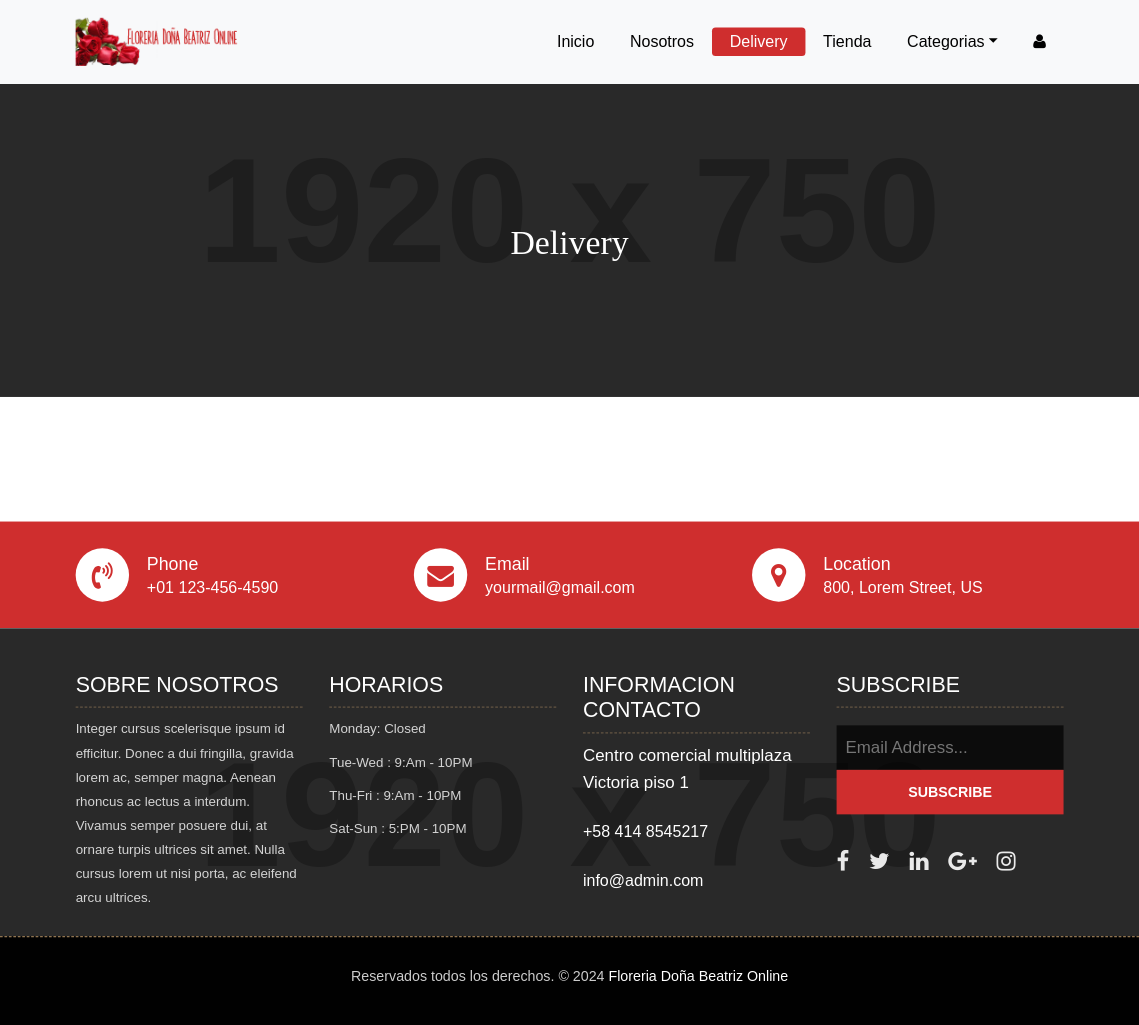
Repository: celivicky/flowershop
Page: http://localhost/frontend/delivery.php
These files come from the project's save history. The page is drawn as it stood at one moment and after the next save; the edit follows.
The browser window is 1280 px wide. The pictures show the whole page, at 89% of full size.
Backgrounds fixed to the window are drawn as part of the page. Some web fonts or font styles are not loaded; a fallback is used. The page is run by PHP 8.4 with error messages shown; the project is at /var/www/html/. The database holds what the project's SQL file puts in it. Queries for data that is not in the repository find no rows.

Above is the page before, as saved 2024-06-05 03:29:50.
Console error: TypeError: $(...).pickadate is not a function

### frontend/delivery.php
<?php
session_start();
    if (isset($_SESSION['id'])){
        header('Location: administrador/escritorio.php');
    }
include_once '../backend/php/ctlogx.php'
 ?>
<!DOCTYPE html>
<html lang="es"><!-- Basic -->
<head>
	<meta charset="utf-8">
    <meta http-equiv="X-UA-Compatible" content="IE=edge">

    <!-- Mobile Metas -->
    <meta name="viewport" content="width=device-width, initial-scale=1">

     <!-- Site Metas -->
    <title>Delivery - Floreria Doña Beatriz Online</title>
    <meta name="keywords" content="">
    <meta name="description" content="">
    <meta name="author" content="">

    <!-- Site Icons -->
    <link rel="shortcut icon" href="../backend/images/favicon.png" type="image/x-icon">


    <!-- Bootstrap CSS -->
    <link rel="stylesheet" href="../backend/css/bootstrap.min.css">
	<!-- Site CSS -->
    <link rel="stylesheet" href="../backend/css/style.css">
    <!-- Responsive CSS -->
    <link rel="stylesheet" href="../backend/css/responsive.css">
    <!-- Custom CSS -->
    <link rel="stylesheet" href="../backend/css/custom.css">


</head>

<body>
	<!-- Start header -->
	<header class="top-navbar">
		<nav class="navbar navbar-expand-lg navbar-light bg-light">
			<div class="container">
				<a class="navbar-brand" href="index.php">
					<img src="../backend/images/logo.png" alt="" />
				</a>
				<button class="navbar-toggler" type="button" data-toggle="collapse" data-target="#navbars-rs-food" aria-controls="navbars-rs-food" aria-expanded="false" aria-label="Toggle navigation">
				  <span class="navbar-toggler-icon"></span>
				</button>
				<div class="collapse navbar-collapse" id="navbars-rs-food">
					<ul class="navbar-nav ml-auto">
						<li class="nav-item"><a class="nav-link" href="index.php">Inicio</a></li>
						<li class="nav-item"><a class="nav-link" href="nosotros.php">Nosotros</a></li>
						<li class="nav-item active"><a class="nav-link" href="delivery.php">Delivery</a></li>
						<li class="nav-item"><a class="nav-link" href="tienda.php">Tienda</a></li>
						<li class="nav-item dropdown">
							<a class="nav-link dropdown-toggle" href="#" id="dropdown-a" data-toggle="dropdown">Categorias</a>
							<div class="dropdown-menu" aria-labelledby="dropdown-a">
																<?php
 $sentencia = $connect->prepare("SELECT * FROM categoria order by idcat desc;");
 $sentencia->execute();

$data =  array();
if($sentencia){
  while($r = $sentencia->fetchObject()){
    $data[] = $r;
  }
}
   ?>
   <?php if(count($data)>0):?>
   	<?php foreach($data as $gcc):?>
								<a class="dropdown-item" href="categoria.php?id=<?php echo  $gcc->idcat; ?>"><?php echo  $gcc->nomcat; ?></a>

								   	<?php endforeach; ?>
   	    <?php else:?>
        <!-- Warning Alert -->
    <?php endif; ?>
							</div>
						</li>
						<li class="nav-item">
							<a class="nav-link" data-toggle="modal" href="#new"><i class="fa fa-user" aria-hidden="true"></i>
							</a>
						</li>

					</ul>
				</div>
			</div>
		</nav>
	</header>
	<!-- End header -->

		<div class="all-page-title page-breadcrumb">
		<div class="container text-center">
			<div class="row">
				<div class="col-lg-12">
					<h1>Delivery</h1>
				</div>
			</div>
		</div>
	</div>


	<!-- Start blog -->
	<div class="blog-box">
		<div class="container">
			<div class="row">
				<?php
 $sentencia = $connect->prepare("SELECT * FROM sitios;");
 $sentencia->execute();

$data =  array();
if($sentencia){
  while($r = $sentencia->fetchObject()){
    $data[] = $r;
  }
}
   ?>
   <?php if(count($data)>0):?>
   	<?php foreach($data as $gae):?>
				<div class="col-lg-4 col-md-6 col-12">
					<div class="blog-box-inner">
						<div class="blog-img-box">
							<img class="img-fluid" src="https://images.pexels.com/photos/20491660/pexels-photo-20491660/free-photo-of-rojo-flores-hojas-blanco.jpeg?auto=compress&cs=tinysrgb&w=1260&h=750&dpr=1" alt="">
						</div>
						<div class="blog-detail">
							<h4><?php echo  $gae->nomsi; ?>.</h4>
							<ul>

							</ul>
							<p><?php echo  $gae->detsi; ?>. </p>
							<li><i class="zmdi zmdi-time"></i>Precio : <span>$/<?php echo  $gae->precsiti; ?></span></li>

						</div>
					</div>
				</div>
<?php endforeach; ?>
   	    <?php else:?>
        <!-- Warning Alert -->
    <?php endif; ?>

			</div>
		</div>
	</div>
	<!-- End blog -->


	<!-- Start Contact info -->
	<div class="contact-imfo-box">
		<div class="container">
			<div class="row">
				<div class="col-md-4">
					<i class="fa fa-volume-control-phone"></i>
					<div class="overflow-hidden">
						<h4>Phone</h4>
						<p class="lead">
							+01 123-456-4590
						</p>
					</div>
				</div>
				<div class="col-md-4">
					<i class="fa fa-envelope"></i>
					<div class="overflow-hidden">
						<h4>Email</h4>
						<p class="lead">
							yourmail@gmail.com
						</p>
					</div>
				</div>
				<div class="col-md-4">
					<i class="fa fa-map-marker"></i>
					<div class="overflow-hidden">
						<h4>Location</h4>
						<p class="lead">
							800, Lorem Street, US
						</p>
					</div>
				</div>
			</div>
		</div>
	</div>
	<!-- End Contact info -->

	<!-- Start Footer -->
	<footer class="footer-area bg-f">
		<div class="container">
			<div class="row">
				<div class="col-lg-3 col-md-6">
					<h3>Sobre nosotros</h3>
					<p>Integer cursus scelerisque ipsum id efficitur. Donec a dui fringilla, gravida lorem ac, semper magna. Aenean rhoncus ac lectus a interdum. Vivamus semper posuere dui, at ornare turpis ultrices sit amet. Nulla cursus lorem ut nisi porta, ac eleifend arcu ultrices.</p>
				</div>
				<div class="col-lg-3 col-md-6">
					<h3>Horarios</h3>
					<p><span class="text-color">Monday: </span>Closed</p>
					<p><span class="text-color">Tue-Wed :</span> 9:Am - 10PM</p>
					<p><span class="text-color">Thu-Fri :</span> 9:Am - 10PM</p>
					<p><span class="text-color">Sat-Sun :</span> 5:PM - 10PM</p>
				</div>
				<div class="col-lg-3 col-md-6">
					<h3>Informacion contacto</h3>
					<p class="lead">Centro comercial multiplaza Victoria piso 1</p>
					<p class="lead"><a href="#">+58 414 8545217</a></p>
					<p><a href="#"> info@admin.com</a></p>
				</div>
				<div class="col-lg-3 col-md-6">
					<h3>Subscribe</h3>
					<div class="subscribe_form">
						<form class="subscribe_form">
							<input name="EMAIL" id="subs-email" class="form_input" placeholder="Email Address..." type="email">
							<button type="submit" class="submit">SUBSCRIBE</button>
							<div class="clearfix"></div>
						</form>
					</div>
					<ul class="list-inline f-social">
						<li class="list-inline-item"><a href="#"><i class="fa fa-facebook" aria-hidden="true"></i></a></li>
						<li class="list-inline-item"><a href="#"><i class="fa fa-twitter" aria-hidden="true"></i></a></li>
						<li class="list-inline-item"><a href="#"><i class="fa fa-linkedin" aria-hidden="true"></i></a></li>
						<li class="list-inline-item"><a href="#"><i class="fa fa-google-plus" aria-hidden="true"></i></a></li>
						<li class="list-inline-item"><a href="#"><i class="fa fa-instagram" aria-hidden="true"></i></a></li>
					</ul>
				</div>
			</div>
		</div>

		<div class="copyright">
			<div class="container">
				<div class="row">
					<div class="col-lg-12">
						<p class="company-name">Reservados todos los derechos. &copy; 2024 <a href="#">Floreria Doña Beatriz Online</a> </p>
					</div>
				</div>
			</div>
		</div>

	</footer>
	<!-- End Footer -->
	<?php include('../backend/modal/modauser.php'); ?>
	<a href="#" id="back-to-top" title="Back to top" style="display: none;">&uarr;</a>

	<!-- ALL JS FILES -->
	<script src="../backend/js/jquery-3.2.1.min.js"></script>
	<script src="../backend/js/popper.min.js"></script>
	<script src="../backend/js/bootstrap.min.js"></script>
    <!-- ALL PLUGINS -->
	<script src="../backend/js/jquery.superslides.min.js"></script>
	<script src="../backend/js/images-loded.min.js"></script>
	<script src="../backend/js/isotope.min.js"></script>
	<script src="../backend/js/baguetteBox.min.js"></script>
	<script src="../backend/js/form-validator.min.js"></script>
    <script src="../backend/js/contact-form-script.js"></script>
    <script src="../backend/js/custom.js"></script>
</body>
</html>

### backend/php/ctlogx.php
<?php
//session_start();
require '../backend/bd/ctconex.php';

if (isset($_POST['ctxlog'])) {
    $errMsg = '';

    // Get data from FORM
    $correo = $_POST['correo'];
    $clave = MD5($_POST['clave']);

    if (empty($correo)) {
        $errMsg = 'Digite su correo';
    } elseif (empty($_POST['clave'])) {
        $errMsg = 'Digite su contraseña';
    }

    if (empty($errMsg)) {
        try {
            $stmt = $connect->prepare('SELECT id, usuario, nombre, correo, clave, rol, estado FROM usuarios WHERE correo = :correo UNION
                                       SELECT idclie, apeclie,nomclie, correo,clave, rol, estado FROM clientes WHERE correo = :correo');
            $stmt->bindParam(':correo', $correo, PDO::PARAM_STR);
            $stmt->execute();
            $data = $stmt->fetch(PDO::FETCH_ASSOC);

            if ($data === false) {
                $errMsg = "El nombre de correo: $correo no se encuentra, puede solicitarlo con el administrador.";
            } else {
                if ($clave == $data['clave']) {
                    $_SESSION['id'] = $data['id'];
                    $_SESSION['usuario'] = $data['usuario'];
                    $_SESSION['nombre'] = $data['nombre'];
                    $_SESSION['correo'] = $data['correo'];
                    $_SESSION['clave'] = $data['clave'];
                    $_SESSION['rol'] = $data['rol'];
                    $_SESSION['estado'] = $data['estado'];

                    if ($_SESSION['rol'] == 1) {
                        echo "<script language='JavaScript'>";
                        echo "location = 'administrador/escritorio.php'";
                        echo "</script>";
                    }elseif($_SESSION['rol'] == 2){
           echo "<script language='JavaScript'>";
            echo "location = 'administrador_cliente/index.php'";
            echo "</script>";
        }

                    exit;
                } else {
                    $errMsg = 'El correo o la contraseña son incorrectos.';
                }
            }
        } catch (PDOException $e) {
            // Log the error to a file
            error_log($e->getMessage(), 3, "error.log");
            $errMsg = 'Ocurrió un error. Por favor, inténtelo de nuevo.';
        }
    }
}
?>

### backend/bd/ctconex.php
<?php
if(!isset($_SESSION))
    {
        session_start();
    }

// Define database
//define('dbhost', 'localhost');
//define('dbuser', 'root');
//define('dbpass', '');
//define('dbname', 'sistema_escolar');

define('dbhost', 'localhost');
define('dbuser', 'root');
define('dbpass', '');
define('dbname', 'flower_shop');

// Connecting database
try {
    $connect = new PDO("mysql:host=".dbhost."; dbname=".dbname, dbuser, dbpass);
    $connect->query("set names utf8;");
    // $connect->setAttribute(PDO::ATTR_EMULATE_PREPARES, FALSE);
    //$connect->setAttribute( PDO::ATTR_EMULATE_PREPARES, true );
    $connect->setAttribute(PDO::ATTR_ERRMODE, PDO::ERRMODE_EXCEPTION);
    $connect->setAttribute(PDO::ATTR_DEFAULT_FETCH_MODE, PDO::FETCH_OBJ);
}
catch(PDOException $e) {
    echo $e->getMessage();
}
//---------------


?>

### backend/modal/modauser.php
<!-- NUEVO -->
<div class="modal fade" id="new" tabindex="-1" role="dialog" aria-labelledby="myModalLabel" aria-hidden="true">
    <div class="modal-dialog ">
        <div class="modal-content">
            <div class="modal-header">
                 <label class="control-label" style="text-align: center;"><strong><center>Iniciar Sesión</center></strong></label>
                <button type="button" class="close" data-dismiss="modal" aria-hidden="true">&times;</button>


            </div>


            <div class="modal-body">
                <div class="container-fluid">
<?php
                            if (isset($errMsg)) {
                                echo '
    <div style="color:#FF0000;text-align:center;font-size:20px; font-weight:bold;">'.$errMsg.'</div>
    ';  ;
                            }

                        ?>
                    <form autocomplete="off" method="post"  role="form">
                        <div class="row">
    <div class="col-md-6 col-lg-6">
        <div class="form-group">
            <label for="email2">Correo electrónico</label>
            <input type="email" required  class="form-control" value="<?php if(isset($_POST['correo'])) echo $_POST['correo'] ?>" id="correo" name="correo" placeholder="ejmp: perfil01@gmail.com">
            <small id="emailHelp2" class="form-text text-muted"></small>
            <span id="error-name" class="badge badge-danger"></span>
        </div>
    </div>

        <div class="col-md-6 col-lg-6">
        <div class="form-group">
            <label for="email2">Contraseña</label>
            <input type="password" required  class="form-control"  value="<?php if(isset($_POST['clave'])) echo MD5($_POST['clave']) ?>" id="clave" name="clave" placeholder="ejmp: ********">
            <small id="emailHelp2" class="form-text text-muted"></small>
            <span id="error-name" class="badge badge-danger"></span>
        </div>
    </div>


                        </div>

                        <div class="modal-footer">
                <button  name='ctxlog' type="submit" class="btn btn-danger" >INGRESAR</button>

                 <button type="button" class="btn btn-dark" data-dismiss="modal" >No, cancelar</button>


            </div>
                    </form>
                    <p>¿No tiene una cuenta?
                            <a href="registro.php" style="color:red">Cree una aqui</a>
                    </p>



                </div>



        </div>



        </div>
    </div>
</div>

### backend/css/responsive.css
/* only small desktops */
/* tablets */
/* only small tablets */
@media only screen and (min-width: 992px) and (max-width: 1180px) {
	.footer-area h3{
		font-size: 18px;
	}
}
@media (min-width: 768px) and (max-width: 991px) {
	.navbar-light .navbar-brand{
		margin-left: 15px;
	}
	.navbar-light .navbar-toggler{
		margin-right: 15px;
		border-radius: 0px;
	}
	.navbar-expand-lg .navbar-nav .dropdown-menu{
		box-shadow: none;
	}
	.carousel-control-prev{
		left: -60px;
	}
	.carousel-control-next{
		right: -60px;
	}
	.why-text h4{
		font-size: 18px;
	}
	.why-text p{
		margin: 0px;
	}
}

/* mobile or only mobile */
@media (max-width: 767px) {
	.navbar-light .navbar-brand{
		margin-left: 15px;
	}
	.navbar-light .navbar-toggler{
		margin-right: 15px;
		border-radius: 0px;
	}
	.navbar-expand-lg .navbar-nav .dropdown-menu{
		box-shadow: none;
	}
	.cover-slides h1{
		font-size: 22px;
	}
	.cover-slides p {
		font-size: 14px;
	}
	.slides-navigation a{
		height: 42px;
		width: 38px;
		line-height: 33px;
	}
	.inner-column{
		margin-top: 15px;
	}
	.inner-column h1{
		font-size: 22px;
	}
	.filter-button-group{
		margin: 10px 0px;
	}

	.contact-imfo-box .col-md-4{
		margin-bottom: 15px;
	}
	.carousel-control-prev{
		left: 0px;
	}
	.carousel-control-next{
		right: 0px;
	}
	.blog-box-inner .blog-detail{
		overflow: hidden;
	}
	.blog-sidebar{
		margin-top: 50px;
	}

}
@media only screen and (min-width: 280px) and (max-width: 599px) {

	.why-text p{
		margin-bottom: 0px;
		margin-top: 0px;
	}
}

### backend/css/superslides.css
#slides {
  position: relative;
}
#slides .slides-container {
  display: none;
}
#slides .scrollable {
  *zoom: 1;
  position: relative;
  top: 0;
  left: 0;
  overflow-y: auto;
  -webkit-overflow-scrolling: touch;
  height: 100%;
}
#slides .scrollable:after {
  content: "";
  display: table;
  clear: both;
}

.slides-navigation {
  margin: 0 auto;
  position: absolute;
  z-index: 3;
  top: 46%;
  width: 100%;
}
.slides-navigation a {
  position: absolute;
  display: block;
}
.slides-navigation a.prev {
  left: 0;
}
.slides-navigation a.next {
  right: 0;
}

.slides-pagination {
  position: absolute;
  z-index: 3;
  bottom: 0;
  text-align: center;
  width: 100%;
}
.slides-pagination a {
  border: 2px solid #222;
  border-radius: 15px;
  width: 10px;
  height: 10px;
  display: -moz-inline-stack;
  display: inline-block;
  vertical-align: middle;
  *vertical-align: auto;
  zoom: 1;
  *display: inline;
  background-image: url("data:[embedded picture, 114 characters]");
  margin: 2px;
  overflow: hidden;
  text-indent: -100%;
}
.slides-pagination a.current {
  background: #222;
}

### flower_shop (2).sql (the tables this page reads)
CREATE TABLE `categoria` (
  `idcat` int(11) NOT NULL,
  `nomcat` text NOT NULL,
  `estado` char(1) NOT NULL,
  `fere` timestamp NOT NULL DEFAULT current_timestamp() ON UPDATE current_timestamp()
) ENGINE=InnoDB DEFAULT CHARSET=utf8 COLLATE=utf8_unicode_ci;

INSERT INTO `categoria` (`idcat`, `nomcat`, `estado`, `fere`) VALUES
(1, 'bebes', '1', '2023-11-26 04:28:54'),
(2, 'Cumpleaños', '1', '2023-11-26 04:28:44'),
(3, 'Boxes', '1', '2023-11-26 04:25:34'),
(4, 'condolencias', '1', '2023-11-26 04:25:10');

ALTER TABLE `categoria`
  ADD PRIMARY KEY (`idcat`);

ALTER TABLE `categoria`
  MODIFY `idcat` int(11) NOT NULL AUTO_INCREMENT, AUTO_INCREMENT=5;

Loaded but not shown: backend/css/bootstrap.min.css (library); backend/css/custom.css (common file); backend/js/jquery-3.2.1.min.js (library); backend/js/popper.min.js (library); backend/css/animate.css (library); backend/css/font-awesome.min.css (library); backend/css/baguetteBox.min.css (library); backend/js/bootstrap.min.js (library); backend/js/jquery.superslides.min.js (library); backend/js/images-loded.min.js (library); backend/js/isotope.min.js (library); backend/js/baguetteBox.min.js (library); backend/js/form-validator.min.js (library); backend/js/custom.js (99 lines, source omitted); backend/js/contact-form-script.js (55 lines, source omitted); backend/css/style.css (1325 lines, source omitted)

After the next save:
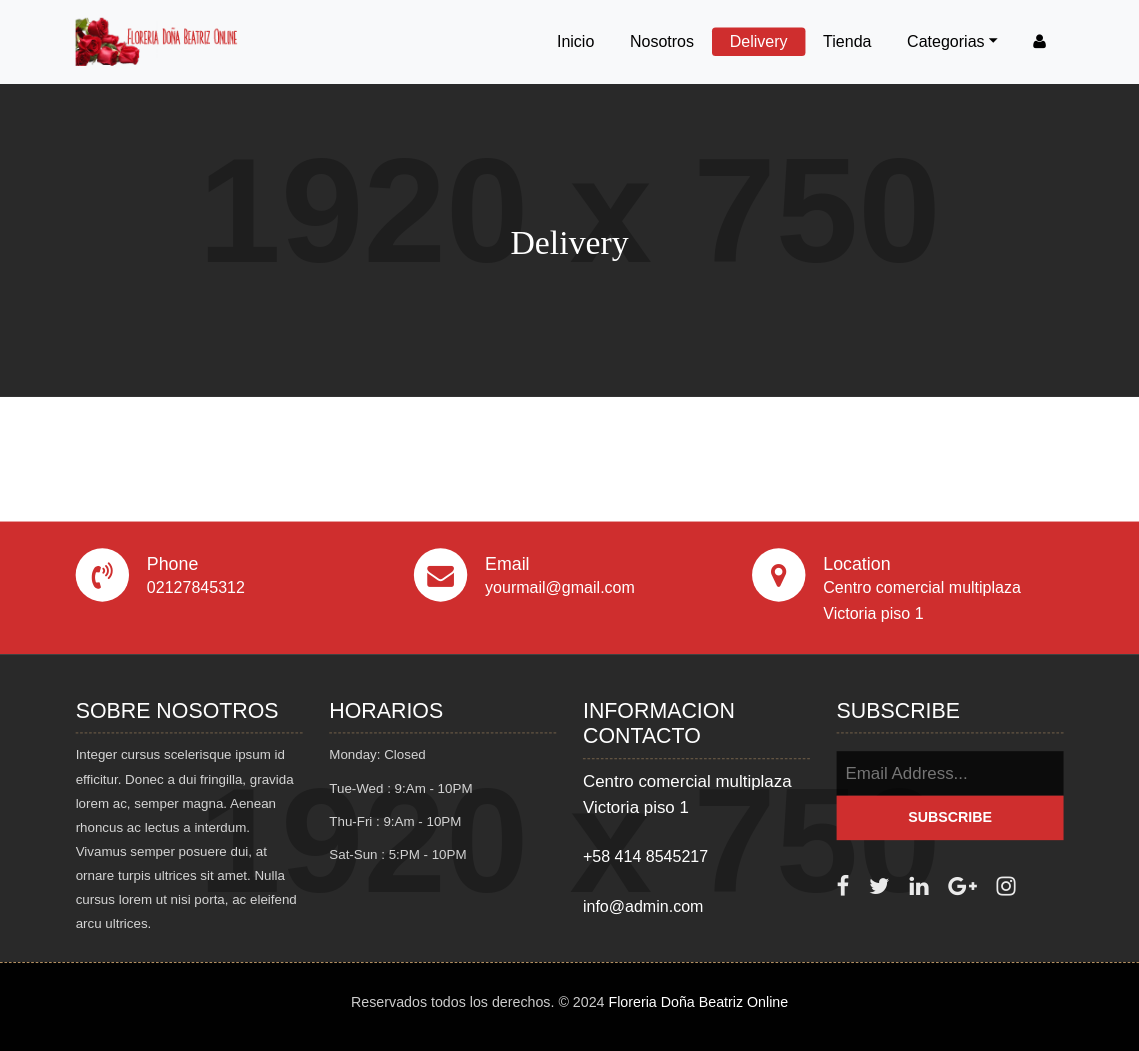
Saved 2 min 16 s later.
--- a/frontend/delivery.php
+++ b/frontend/delivery.php
@@ -153,7 +153,7 @@ if($sentencia){
 					<div class="overflow-hidden">
 						<h4>Phone</h4>
 						<p class="lead">
-							+01 123-456-4590
+							02127845312
 						</p>
 					</div>
 				</div>
@@ -171,7 +171,7 @@ if($sentencia){
 					<div class="overflow-hidden">
 						<h4>Location</h4>
 						<p class="lead">
-							800, Lorem Street, US
+						Centro comercial multiplaza Victoria piso 1
 						</p>
 					</div>
 				</div>
